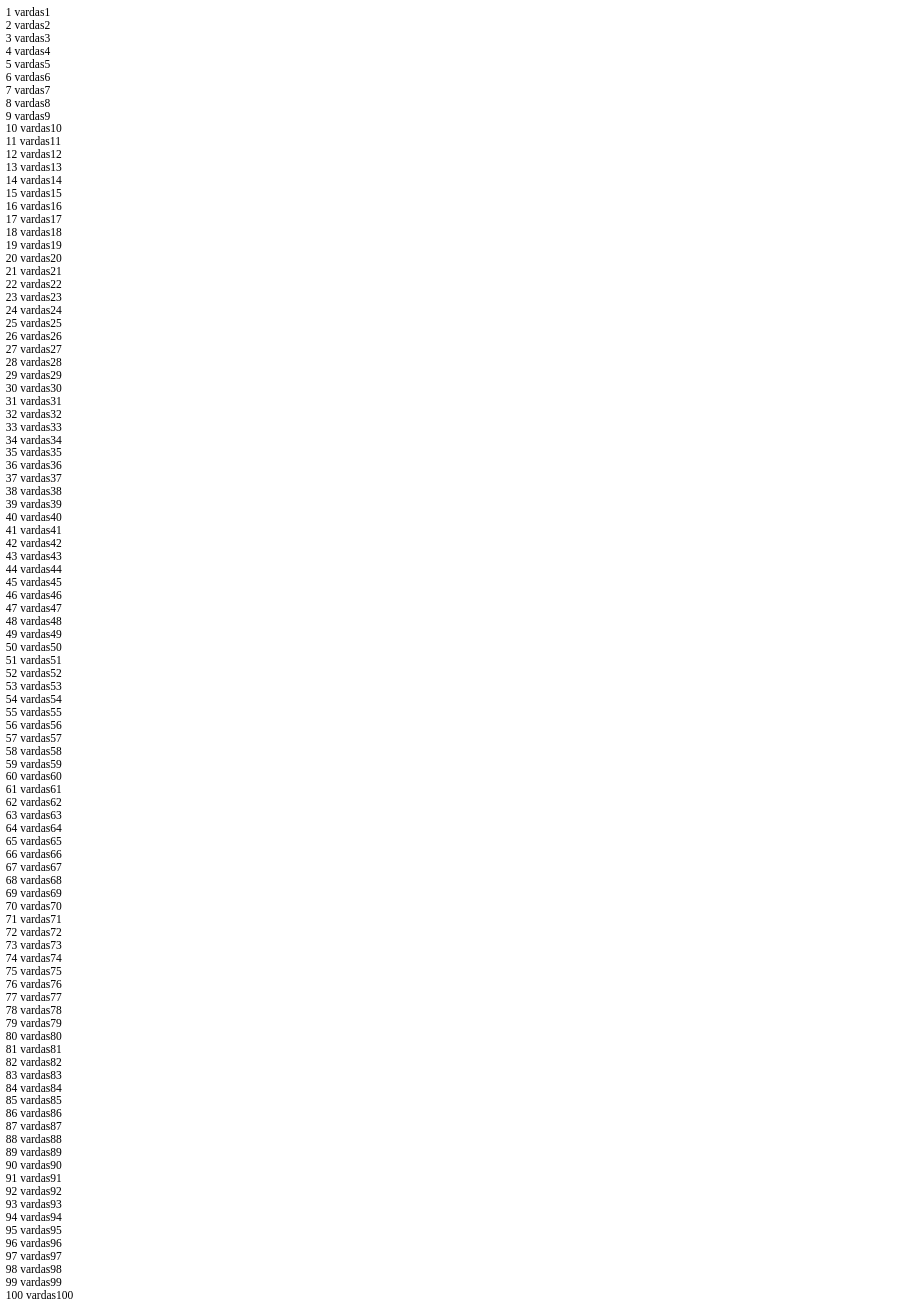
Repository: motiejus1/10-paskaita-JS
Page: index.html
The author's editor kept a copy of each file at every save. The page is drawn from the files as they stood at one save, then again after a run of saves.
The browser window is 1280 px wide. The pictures show the whole page, at 72% of full size.

Above is the page before, as saved 2021-06-22 10:31:14.

After the next 2 saves:
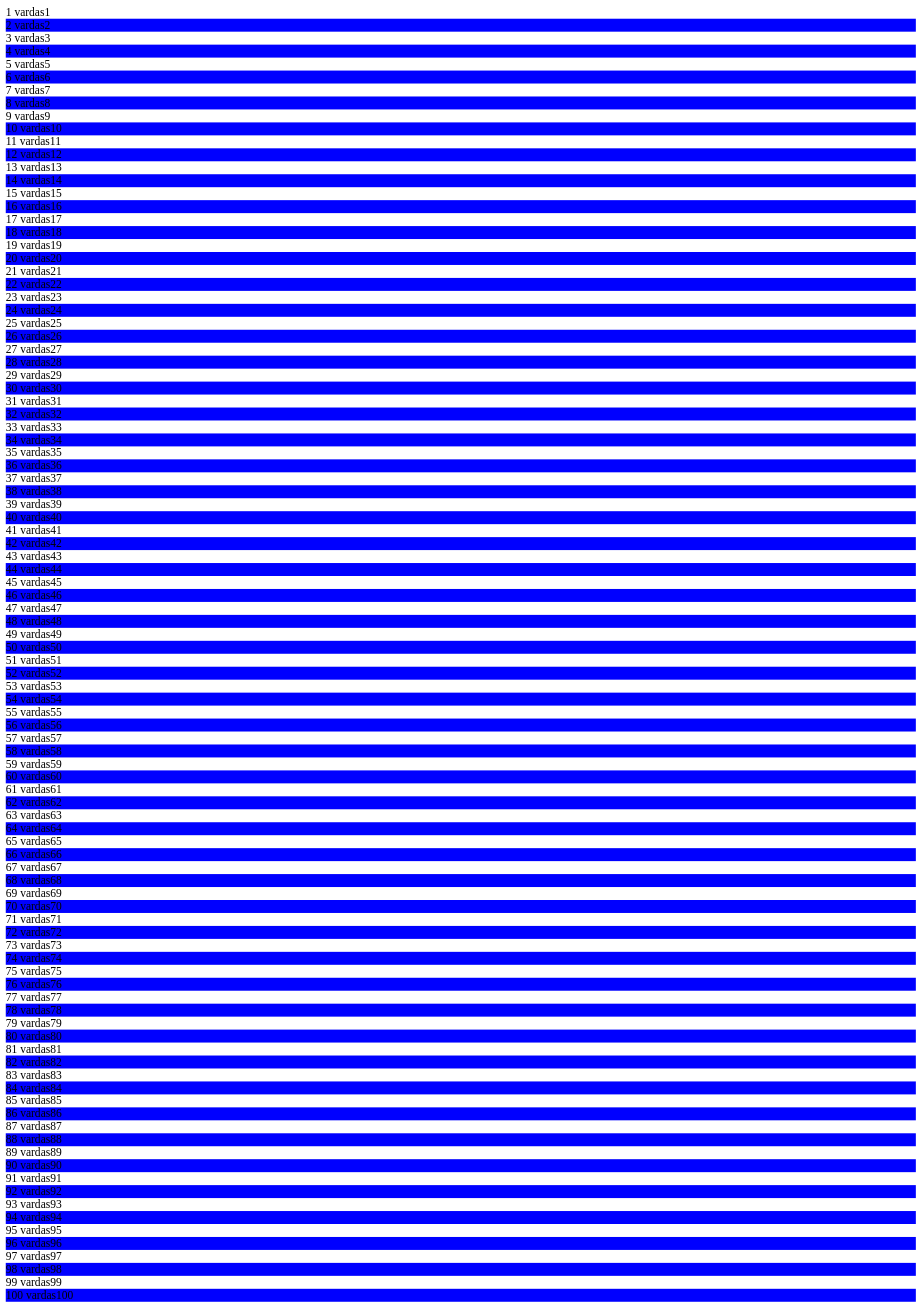
The 2 saves are shown as one change because they came seconds apart.
The last was saved 9 s later.
--- a/index.html
+++ b/index.html
@@ -8,7 +8,7 @@
 
     <style>
         .container div:nth-child(even) {
-
+            background-color: blue;
         }
     </style>
 
